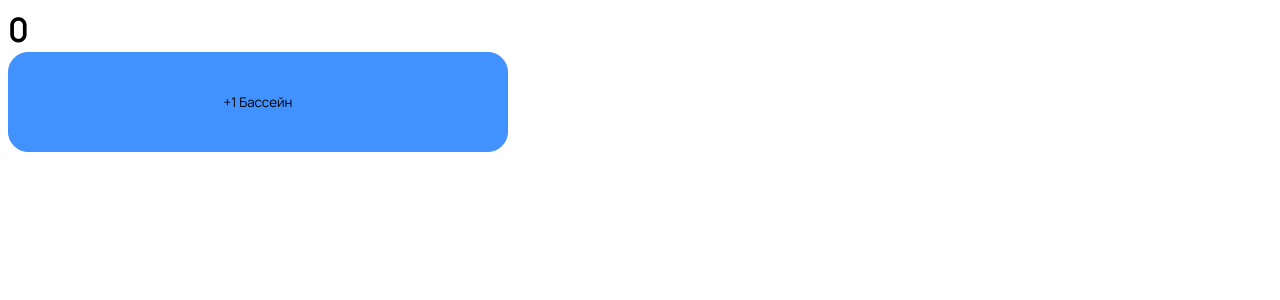
Repository: Huseynov98/js-practice
Page: index.html
These files come from the project's save history. The page is drawn as it stood at one moment and after the next save; the edit follows.
The browser window is 1280 px wide. The pictures show the whole page.

Above is the page before, as saved 2023-05-15 10:21:27.

After the next save:
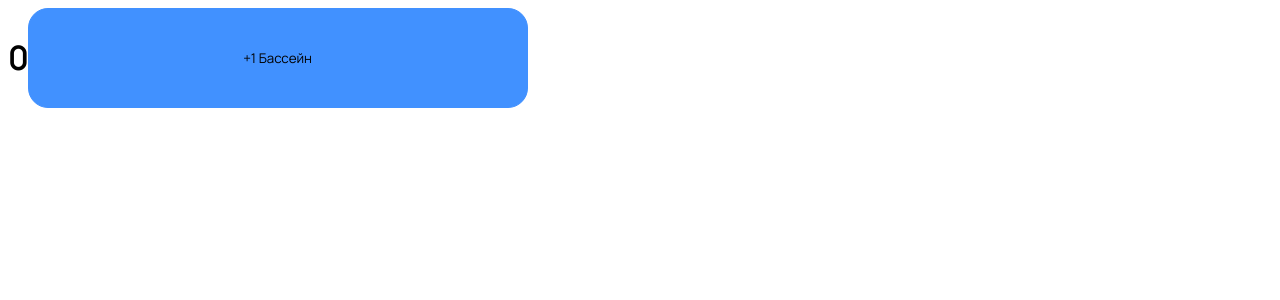
Saved 53 s later.
--- a/CSS/index.css
+++ b/CSS/index.css
@@ -4,7 +4,10 @@ body {
   font-size: 32px;
   line-height: 44px;
 }
-
+.counter {
+  display: flex;
+  align-items: center;
+}
 .counter__addButton {
   font-family: "Manrope", sans-serif;
   width: 500px;
